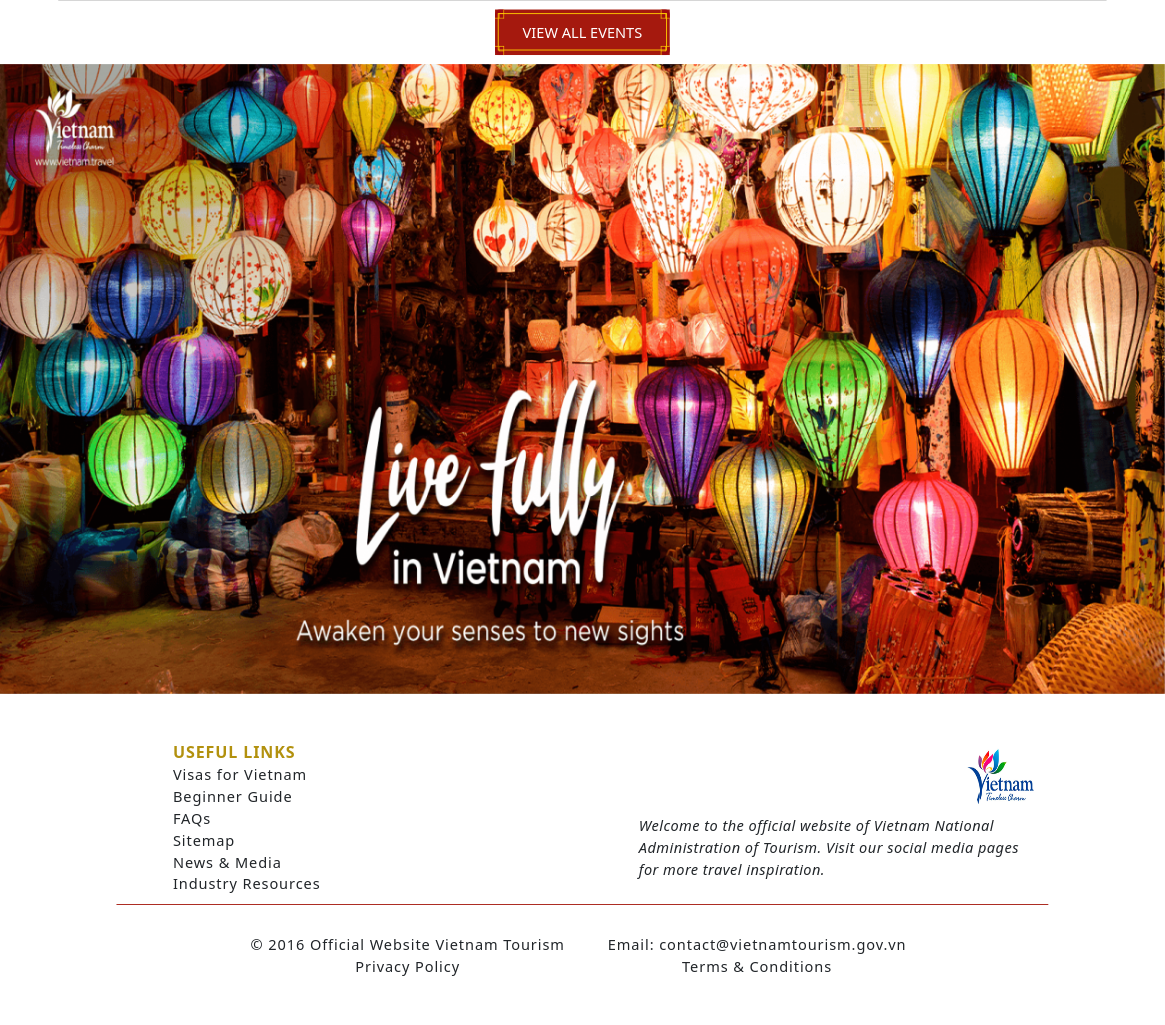
Repository: nguoilaisaochoi/TRAVEL-DEMO
Page: index.html
These files come from the project's save history. The page is drawn as it stood at one moment and after the next save; the edit follows.
The browser window is 1280 px wide. The pictures show the part of the page from y = 2162 to 3288 px (the page is 3288 px tall before and 3244 px after), at 91% of full size.
A picture or video elsewhere on the page could not be fetched, so the positions and the page height are approximate.

Above is the page before, as saved 2023-03-27 18:40:40.

### index.html
<!DOCTYPE html>
<html lang="en">
  <head>
    <meta charset="UTF-8" />
    <meta http-equiv="X-UA-Compatible" content="IE=edge" />
    <meta name="viewport" content="width=device-width, initial-scale=1.0" />
    <link rel="stylesheet" href="./index.css" />
    <script src="./index.js"></script>
    <link
      href="https://cdn.jsdelivr.net/npm/bootstrap@5.0.2/dist/css/bootstrap.min.css"
      rel="stylesheet"
      integrity="sha384-EVSTQN3/azprG1Anm3QDgpJLIm9Nao0Yz1ztcQTwFspd3yD65VohhpuuCOmLASjC"
      crossorigin="anonymous"
    />
    <title>Document</title>
  </head>
  <body>
    <div id="header">
      <img id="logo" src="./img_vd/logo.jpg" alt="" />
      <a href="#" onclick="showmenu()"><img id="vmenu" src="./img_vd/navmenu.jpg" /></a>
      <div id="menu">
        <li id="menucon">Live fully in Vietnam</li>
        <li id="menucon">Places to go</li>
        <li id="menucon">Things to do</li>
        <li id="menucon">Plan your trip</li>
        <li id="menucon">Green travel</li>
        <li id="menucon">Travel offers</li>
        <li id="menucon" onclick="addlang()" style="cursor: pointer">EN</li>
        <li id="lang"><p style="margin-top: 10px">日本語</p></li>
      </div>
    </div>
    <div id="vid">
      <video width="100%" autoplay muted loop src="./img_vd/1.mp4"></video>
    </div>
    <div id="content">
      <div id="cn1">
        <p id="start">LIVE FULLY IN VIETNAM</p>
        <p>Spectacular nature. Exceptional cuisine. Cultural diversity. Excellent service.</p>
        <p>
          Vietnam has fully reopened for international tourism without Covid-19 restrictions (No
          vaccination certificate, No test requirements, No quarantine, No medical declaration) and
          restored visa policies and immigration procedures as before Covid-19.
        </p>
        <p>
          Now you are free to discover and enjoy various wild nature destinations like limestone
          mountains, green terraced rice fields, and white sandy beaches. Holidays are coming, let’s
          get away from it all.
        </p>
        <p>
          Take in new sights, sounds, and flavors. Enjoy experiences that are truly memorable. Let’s
          explore, relax, and play. Live fully in Vietnam.
        </p>
      </div>
      <div id="cn2" class="row">
        <div id="cn21" class="col-md-12 col-lg-6">
          <div id="big">
            <img src="./img_vd/cn21.jpg" alt="" />
            <div id="tt">
              <div id="tt1"><p>Culture</p></div>
              <div id="tt2">
                <p>A guide to the boat tours of Ninh Binh</p>
              </div>
            </div>
          </div>
        </div>
        <div id="cn22" class="col-6 col-md-6 col-lg-3">
          <div id="big">
            <img src="./img_vd/cn22small.jpg" alt="" />
            <div id="tt">
              <div id="tt1"><p>Culture</p></div>
              <div id="tt2">
                <p>Enjoy the great outdoors in Ho Chi Minh City</p>
              </div>
            </div>
          </div>
        </div>
        <div id="cn23" class="col-6 col-md-6 col-lg-3">
          <div id="big">
            <img src="./img_vd/cn23smal.jpg" alt="" />
            <div id="tt">
              <div id="tt1"><p>Luxury</p></div>
              <div id="tt2">
                <p>Comfort Meets Culture at Hanoi's Luxury Hotels</p>
              </div>
            </div>
          </div>
        </div>
        <div id="cn24" class="col-lg-6">
          <div id="big">
            <img src="./img_vd/cn24.jpg" alt="" />
            <div id="tt">
              <div id="tt1"><p>Nature</p></div>
              <div id="tt2">
                <p>Binh Thuan: A Waterfall Paradise</p>
              </div>
            </div>
          </div>
        </div>
        <div id="cn24" class="col-lg-6">
          <div id="big">
            <img src="./img_vd/cn25.jpg" alt="" />
            <div id="tt">
              <div id="tt1"><p>Adventure</p></div>
              <div id="tt2">
                <p>Vung Tau - A sightseeing wonderland</p>
              </div>
            </div>
          </div>
        </div>
      </div>
    </div>
    <div id="whaton">
      <p style="font-size: 220%; color: #b2910e; text-transform: uppercase; font-weight: bold">
        What on?
      </p>
      <p style="font-size: 140%; letter-spacing: 0.5px">Check out upcoming events in Vietnam</p>
      <div id="event">
        <div id="e1" class="ev">
          <img src="./img_vd/e1.jpg" />
          <div id="info">
            <p>11 Mar 2023 - 13 Mar 2023</p>
            <p id="info2">Ban Flower Festival</p>
          </div>
        </div>
        <div id="e2" class="ev">
          <img src="./img_vd/e2.jpeg" />
          <div id="info">
            <p>10 Mar 2023 - 14 Mar 2023</p>
            <p id="info2">Buon Ma Thuot Coffee Festival</p>
          </div>
        </div>
        <div id="e3" class="ev">
          <img src="./img_vd/e3.jpeg" />
          <div id="info">
            <p>06 Mar 2023 - 11 Mar 2023</p>
            <p id="info2">Huong Pagoda Festival</p>
          </div>
        </div>
        <div id="e4" class="ev">
          <img src="./img_vd/e4.jpeg" />
          <div id="info">
            <p>08 Mar 2023 - 10 Mar 2023</p>
            <p id="info2">Da Nang Quan The Am Festival</p>
          </div>
        </div>
      </div>
      <div id="allev">
        <div id="allev1">
          <p>view all events</p>
        </div>
      </div>
    </div>
    <img id="VNAT" src="./img_vd/VNAT Cover 2.png" />
    <!--FOOTER-->
    <div id="footer">
      <div id="ctfooter" class="row">
        <div id="ctfooter1" class="col-lg-6">
          <li style="color: #b2910e; font-weight: bold; letter-spacing: 1px; font-size: 110%">
            USEFUL LINKS
          </li>
          <li>Visas for Vietnam</li>
          <li>Beginner Guide</li>
          <li>FAQs</li>
          <li>Sitemap</li>
          <li>News & Media</li>
          <li>Industry Resources</li>
        </div>
        <div id="ctfooter2" class="col-lg-6">
          <img src="./img_vd/logo-bw.png" />
          <p style="margin-top: 10px">
            Welcome to the official website of Vietnam National Administration of Tourism. Visit our
            social media pages for more travel inspiration.
          </p>
        </div>
      </div>
      <div id="about" class="row">
        <li class="col-lg-6">© 2016 Official Website Vietnam Tourism</li>
        <li class="col-lg-6">Email: contact@vietnamtourism.gov.vn</li>
        <li class="col-lg-6">Privacy Policy</li>
        <li class="col-lg-6">Terms & Conditions</li>
      </div>
    </div>
  </body>
</html>

### index.css
/*--------------MOBILE--------------------*/
@media screen and (min-width: 225px) {
  body {
    width: 100%;
    height: 100vh;
    margin: 0;
    font-family: Arial, Helvetica, sans-serif;
  }
  #header {
    position: relative;
    width: 100%;
    height: 50px;
    background-color: white;
    z-index: 2;
  }
  #footer {
    width: 100%;
    min-height: 364px;
    background-color: white;
    display: flex;
    justify-content: center;
    flex-direction: column;
  }
  #ctfooter {
    margin: auto;
    width: 100%;
    height: 90%;
    margin-top: 10px;
    border-bottom: 1px solid #a5190e;
  }
  #ctfooter1 {
    list-style: none;
    letter-spacing: 1px;
    display: flex;
    justify-content: center;
    align-items: center;
    flex-direction: column;
  }
  #ctfooter2 {
    letter-spacing: 0.5px;
    font-style: italic;
    display: flex;
    flex-direction: column;
    justify-content: center;
    align-items: center;
    text-align: center;
  }
  #ctfooter2 img {
    margin-top: 10px;
    width: 30%;
    height: 35%;
  }
  #about {
    margin: auto;
    width: 100%;
    height: 200px;
    list-style: none;
    margin-top: 10px;
  }
  #about li {
    text-align: center;
    letter-spacing: 1px;
    height: 20px;
  }
  #vid {
    width: 100%;
    min-height: 100px;
    overflow: hidden;
    z-index: 0;
  }
  #logo {
    position: relative;
    z-index: 1;
    max-width: 20%;
    margin-left: 5%;
  }
  #start {
    margin-top: 20px;
    font-size: 160%;
    font-weight: bold;
    color: #b2910e;
    letter-spacing: 1px;
  }
  #vmenu {
    float: right;
    width: 10%;
    margin: 2%;
  }
  #menu {
    z-index: 0;
    position: absolute;
    list-style: none;
    display: block;
    flex-direction: column;
    width: 100%;
    margin-top: -10px;
    height: 0px;
    background-color: white;
    overflow: hidden;
    animation: animate2 0.5s ease;
  }
  #menu.active {
    z-index: 0;
    position: absolute;
    list-style: none;
    display: block;
    flex-direction: column;
    width: 100%;
    background-color: white;
    overflow: hidden;
    height: auto;
    animation: animate 0.5s ease;
    border-bottom: 5px solid #a5190e;
  }
  @keyframes animate {
    0% {
      height: 0px;
    }
    100% {
      height: 285px;
    }
  }
  @keyframes animate2 {
    0% {
      height: 285px;
    }
    100% {
      height: 0px;
    }
  }
  #lang {
    display: flex;
    width: 100%;
    justify-content: center;
    background-color: rgb(255, 255, 227);
    height: 0px;
    overflow: hidden;
    transition: 0.2s ease;
    text-decoration: none;
    color: gray;
  }
  #lang.active {
    display: flex;
    width: 100%;
    justify-content: center;
    background-color: rgb(255, 255, 227);
    height: 40px;
    overflow: hidden;
  }
  #menucon {
    display: flex;
    align-items: center;
    justify-content: center;
    width: 100%;
    height: 40px;
    margin-left: 0px;
    margin-right: 0px;
    font-size: 14px;
    transition: 0.2s ease;
    font-weight: bold;
    color: gray;
    border-bottom: 1px solid gray;
  }
  #menucon:hover {
    background-color: #80808039;
    cursor: pointer;
    color: rgb(145, 0, 0);
  }
  #content {
    display: flex;
    width: 100%;
    min-height: 400px;
    background-color: aqua;
    margin: auto;
    flex-wrap: wrap;
    justify-content: center;
    background: url(./img_vd/background.jpg) no-repeat;
    background-size: cover;
  }
  #cn1 p {
    text-align: center;
    letter-spacing: 2px;
  }
  #cn1 {
    width: 100%;
  }
  #cn2 {
    width: 100%;
  }
  #cn21,
  #cn22,
  #cn23,
  #cn24,
  #cn25 {
    height: 200px;
    position: relative;
    overflow: hidden;
    display: flex;
  }
  #cn22 #big img,
  #cn23 #big img {
    width: 140%;
  }
  #big {
    width: 100%;
    height: 90%;
    background-color: aliceblue;
    margin: auto;
    position: relative;
    overflow: hidden;
    border-radius: 5px;
  }
  #big img {
    position: absolute;
    width: 100%;
    height: 314px;
    z-index: 0;
  }

  #cn22 #big img {
    position: absolute;
    bottom: -40px;
  }
  #cn23 #big img {
    position: absolute;
    bottom: 0;
  }
  #tt {
    position: absolute;
    width: 100%;
    z-index: 1;
    bottom: 0;
  }
  #tt1 {
    max-height: 30px;
    width: 100px;
    background: url(./img_vd/bg-red-pattern.png);
    background-size: cover;
    z-index: 1;
    display: flex;
    text-transform: uppercase;
  }
  #tt1 p {
    color: white;
    font-weight: bold;
    margin: auto;
  }
  #tt2 {
    background-color: rgba(0, 0, 0, 0.501);
    padding: 2%;
    color: white;
    font-weight: bold;
    text-transform: uppercase;
    display: flex;
  }
  #tt2 p {
    margin-bottom: 0px;
    font-size: 90%;
  }
  #whaton {
    width: 100%;
    min-height: 667px;
    background-color: white;
    text-align: center;
  }
  #event {
    width: 90%;
    min-height: 150px;
    background: url(./img_vd/bg-red-pattern.png);
    background-size: 100px;
    display: flex;
    flex-direction: column;
    margin: auto;
    padding: 10px;
  }
  #e1,
  #e2,
  #e3,
  #e4 {
    position: relative;
    z-index: 0;
  }
  #event div {
    width: 100%;
    height: 150px;
    overflow: hidden;
  }
  #event img {
    width: 100%;
  }
  #info {
    position: absolute;
    z-index: 1;
    top: 0;
    color: white;
    width: 100%;
    background: linear-gradient(rgba(0, 0, 0, 0.737), transparent 70%);
  }
  #info p {
    text-align: left;
    margin-left: 10px;
    margin-top: 10px;
    line-height: 22px;
  }
  #info2 {
    font-weight: bold;
    font-size: 120%;
    text-transform: uppercase;
  }
  #allev {
    cursor: pointer;
    display: flex;
    margin: auto;
    margin-top: 10px;
    margin-bottom: 10px;
    width: 90%;
    height: 50px;
    background-color: #a5190e;
    background-image: url(./img_vd/bg-red-tl.png), url(./img_vd/bg-red-tr.png),
      url(./img_vd/bg-red-br.png), url(./img_vd/bg-red-bl.png);
    background-repeat: no-repeat;
    background-position: 0 0, 100% 0, 100% 100%, 0 100%;
  }
  #allev1 {
    width: 98%;
    margin: auto;
    border: 1px solid #ffcc00;
    text-transform: uppercase;
  }
  #allev1 p {
    margin-top: 4%;
    line-height: 10px;
    color: white;
  }
  #VNAT {
    width: 100%;
  }
}
/*--------------TABLET--------------------*/
@media screen and (min-width: 768px) {
  #footer {
    width: 100%;
    min-height: 364px;
    background-color: white;
    display: flex;
    justify-content: center;
    flex-direction: column;
  }
  #ctfooter {
    width: 100%;
    height: 90%;
    margin-top: 10px;
    border-bottom: 1px solid #a5190e;
  }
  #ctfooter1 {
    align-items: flex-start;
  }
  #ctfooter2 {
    align-items: flex-end;
    text-align: start;
  }
  #ctfooter1 li,
  #ctfooter2 p {
    margin-left: 50px;
  }
  #ctfooter2 img {
    width: 12%;
    height: 40%;
  }
  #start {
    font-size: 350%;
  }
  #cn1 {
    width: 90%;
  }
  #cn2 {
    width: 90%;
  }
  #cn21,
  #cn22,
  #cn23,
  #cn24,
  #cn25 {
    height: 310px;
    position: relative;
    overflow: hidden;
    display: flex;
  }

  #big img {
    display: flex;
    height: 314px;
    transition: 0.5s ease;
  }
  #tt2 p {
    font-size: 110%;
  }
  #whaton {
    min-height: 130px;
  }
  #event {
    width: 90%;
    flex-direction: row;
  }
  #event div {
    height: 280px;
  }
  #event img {
    width: auto;
    height: 344px;
    position: relative;
    right: 155px;
  }
  #e1,
  #e2,
  #e3,
  #e4 {
    margin: 0.5%;
    border-radius: 5px;
  }
  #allev {
    width: 25%;
  }
  #allev1 {
    width: 96%;
    height: 83%;
    display: flex;
  }
  #allev1 p {
    margin: auto;
  }
}
/*--------------DESKTOP--------------------*/
@media screen and (min-width: 992px) {
  #header {
    width: 100%;
    height: 90px;
  }
  #ctfooter {
    margin: auto;
    width: 80%;
  }
  #ctfooter2 img {
    width: 16%;
    height: 40%;
  }
  #ctfooter1,
  #ctfooter2 {
    margin-bottom: 10px;
  }
  #about {
    width: 60%;
    height: 50px;
    margin: auto;
    margin-top: -20px;
  }
  #about li {
    height: 20px;
  }
  #vmenu {
    display: none;
  }
  #logo {
    width: 10%;
  }
  #menu {
    display: inline-flex;
    height: 90px;
    margin: 0;
    width: 80%;
    margin-left: 20px;
    flex-direction: row;
    background-color: transparent;
    overflow: visible;
  }
  #menucon {
    height: 90px;
    width: 150px;
    font-size: 80%;
    border-bottom: none;
    text-align: center;
  }
  #lang {
    z-index: 1;
    position: relative;
    top: 90px;
    right: 12.4%;
    width: 150px;
    background-color: white;
  }
  #lang.active {
    z-index: 1;
    position: relative;
    top: 90px;
    right: 12.4%;
    width: 150px;
    background-color: white;
    border-bottom: 5px solid #a5190e;
  }
  #cn2 {
    width: 100%;
  }
  #cn1 {
    width: 90%;
  }
  #cn2 {
    width: 90%;
  }
  #cn21,
  #cn22,
  #cn23,
  #cn24,
  #cn25 {
    height: 310px;
    position: relative;
    overflow: hidden;
    display: flex;
  }
  #big {
    width: 100%;
    height: 90%;
    background-color: aliceblue;
    margin: auto;
    position: relative;
    overflow: hidden;
  }
  #big:hover > img {
    scale: 1.1;
  }
  #big img {
    height: 370px;
    transition: 0.5s ease;
  }
  #tt2 p {
    font-size: 110%;
  }
  #info2 {
    font-size: 150%;
  }
  .ev img {
    transition: 0.5s ease;
  }
  .ev:hover > img {
    scale: 1.1;
  }
  #allev {
    width: 15%;
  }
  #allev1 {
    width: 97%;
    height: 83%;
  }
}

### index.js
/*function showLoginForm() {
  var abc = document.getElementById("menu");
  if (abc.style.display === "flex") {
    abc.style.display = "none";
  } else {
    abc.style.display = "flex";
  }
}*/
function showmenu() {
  var abc = document.getElementById("menu");
  if (abc.classList.contains("active")) {
    abc.classList.remove("active");
  } else {
    abc.classList.add("active");
  }
}
function addlang() {
  var abc = document.getElementById("lang");
  if (abc.classList.contains("active")) {
    abc.classList.remove("active");
  } else {
    abc.classList.add("active");
  }
}

After the next save:
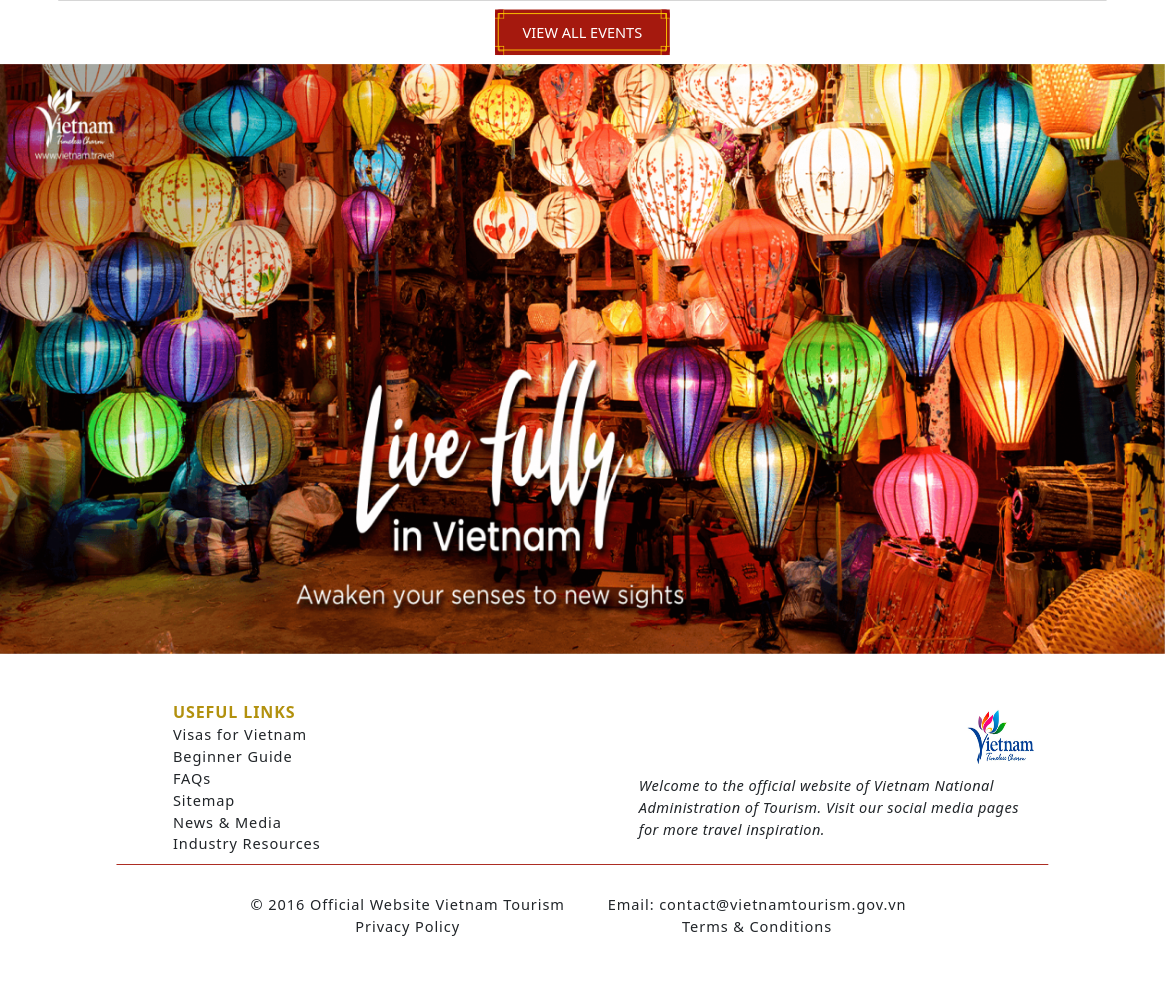
Saved 53 s later.
--- a/index.css
+++ b/index.css
@@ -428,6 +428,9 @@
   }
   #allev1 p {
     margin: auto;
+  }
+  #VNAT {
+    height: 90%;
   }
 }
 /*--------------DESKTOP--------------------*/
